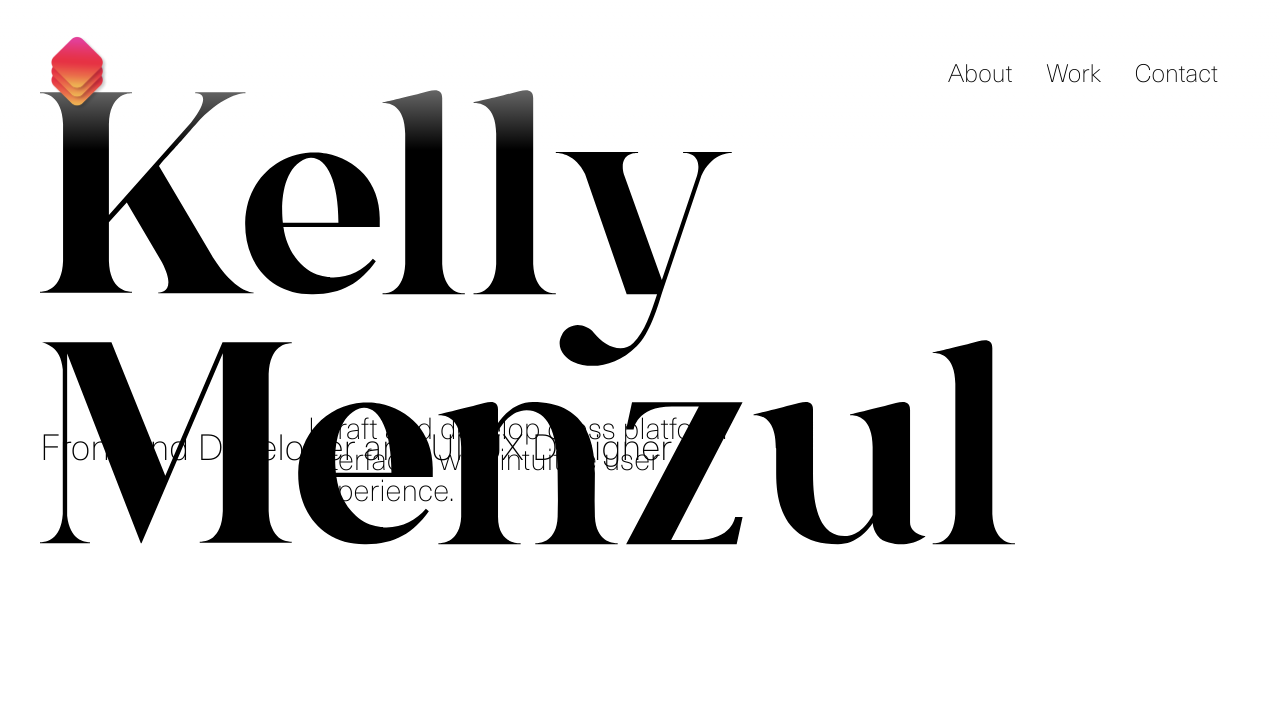
Repository: KellyMenzul/Kelly-Menzul
Page: /
These files come from the project's save history. The page is drawn as it stood at one moment and after the next save; the edit follows.
The browser window is 1280 px wide. The pictures show the whole page.
An inner scrolling area shows only its first screen. The project was rebuilt for these pictures with package versions that can differ from the ones it lists, and the page was loaded fresh each time. The framework's server and built-in components were replaced by stand-ins that run in the browser. Also part of the build but not shown: next.config.js, comps/Position/index.js, comps/Head/index.js, comps/Screens/index.js, comps/RegularButton/index.js, styles/Home.module.css, comps/AboutMeAccordion/index.js.

Above is the page before, as saved 2022-02-19 18:27:13.

After the next save:
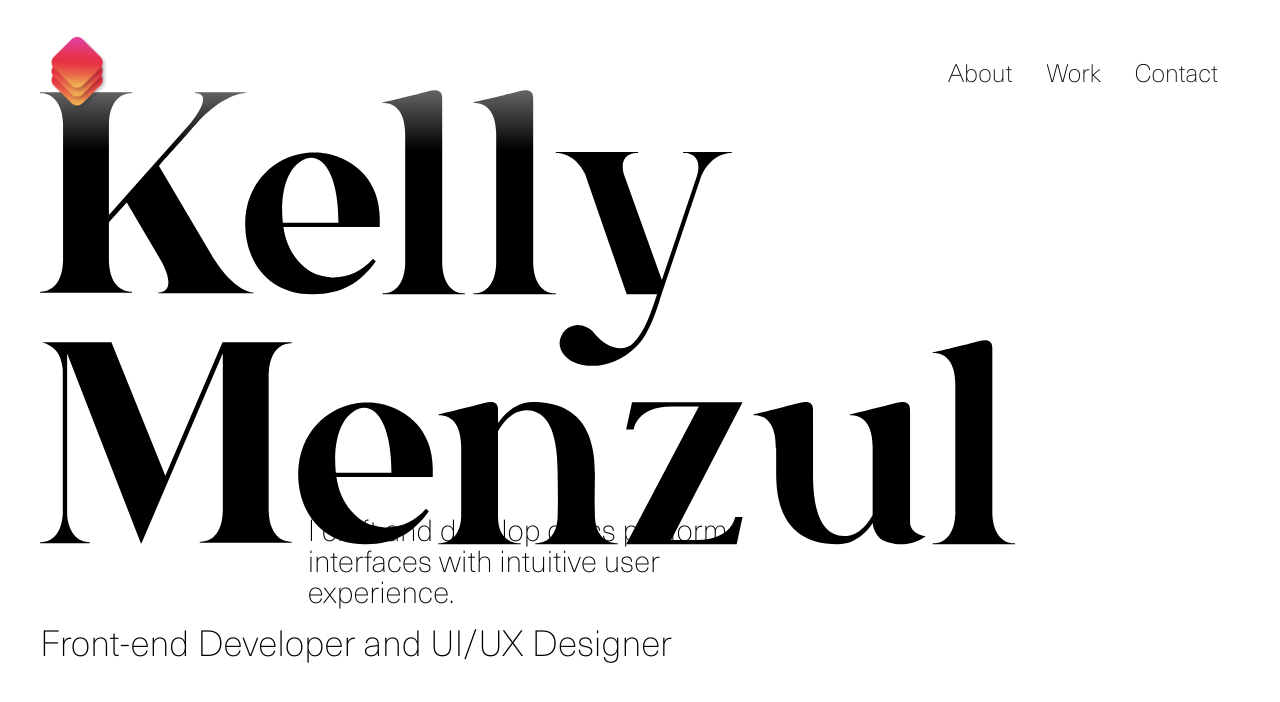
Saved 5 s later.
--- a/comps/Role/index.js
+++ b/comps/Role/index.js
@@ -13,7 +13,6 @@
 font-family:"textlight";
 font-size:${props=>props.fontsize};
 font-weight:400;
-margin-top:-160px;
 line-height:30px;
 
 @media only screen and (max-width: 600px) {
